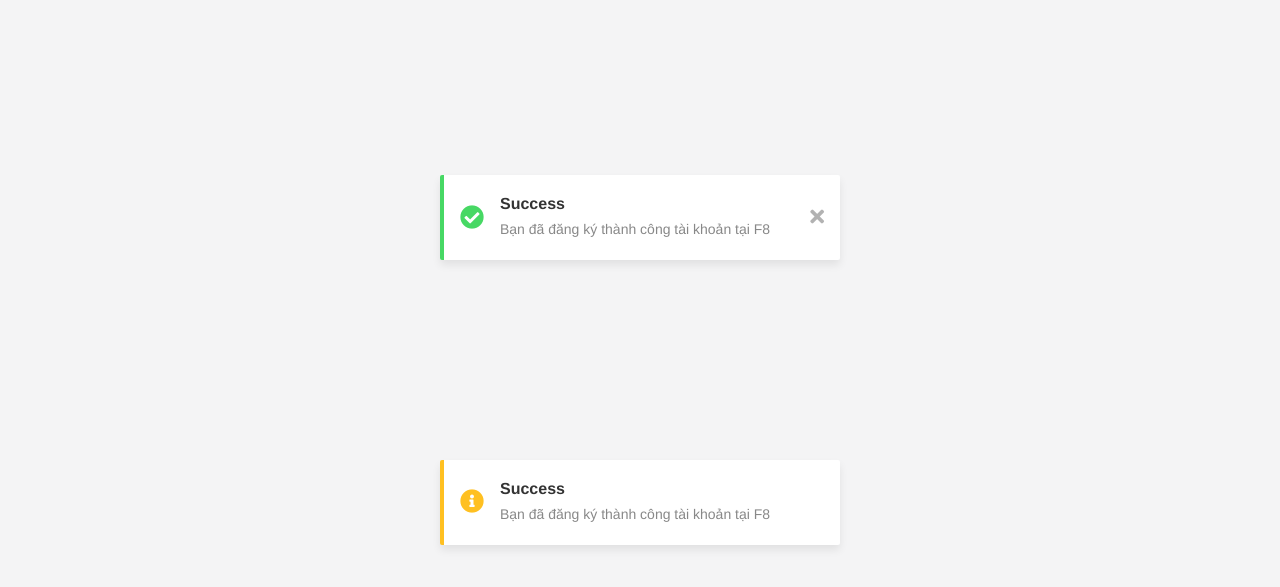
Repository: vuongtm1999/Toast_Message
Page: toast-message.html
These files come from the project's save history. The page is drawn as it stood at one moment and after a run of saves; the edit follows.
The browser window is 1280 px wide. The pictures show the whole page.

Above is the page before, as saved 2022-09-01 12:56:13.

After the next 2 saves:
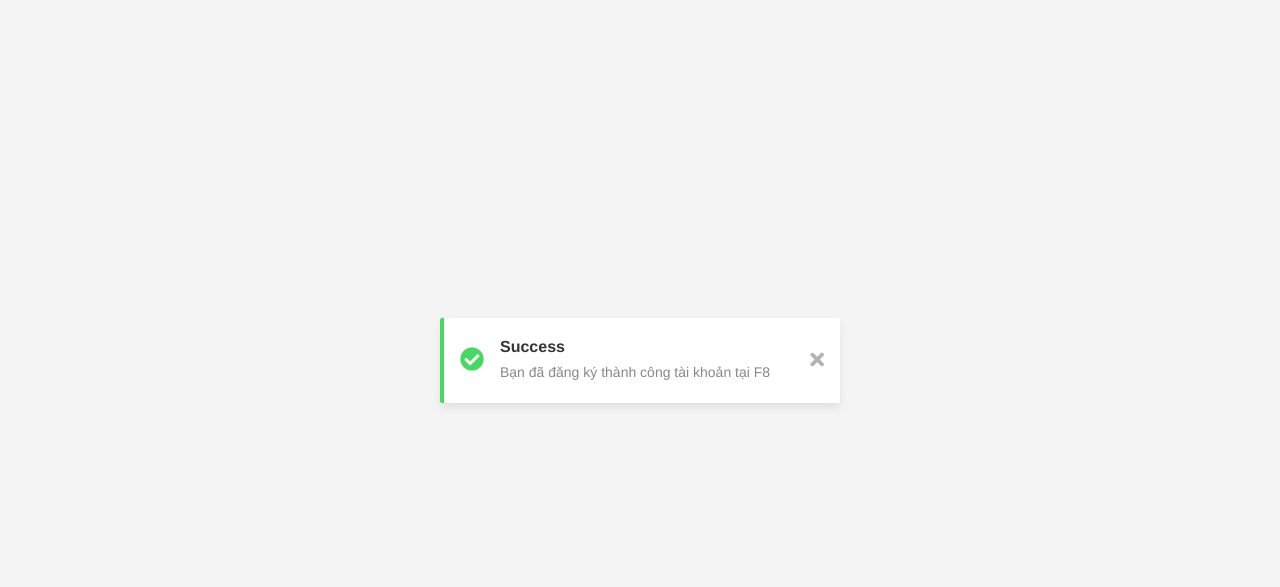
The 2 saves are shown as one change because they came seconds apart.
The last was saved 15 s later.
--- a/toast-message.html
+++ b/toast-message.html
@@ -30,8 +30,7 @@
       </div>
     </div>
 
-    <div class="toast toast--warning">
-        <!-- warming -->
+    <!-- <div class="toast toast--warning">
       <div class="toast__icon">
         <i class="fas fa-info-circle"></i>
       </div>
@@ -39,15 +38,13 @@
         <h3 class="toast__title">Success</h3>
         <p class="toast__msg">Bạn đã đăng ký thành công tài khoản tại F8</p>
       </div>
-      <!-- <div class="toast__close">
+      <div class="toast__close">
         <i class="fas fa-times"></i>
       </div>
     </div> -->
 
     <!--
-    danger
     <div class="toast toast--error">
-      success
       <div class="toast__icon">
         <i class="fas fa-exclamation-circle"></i>
       </div>
